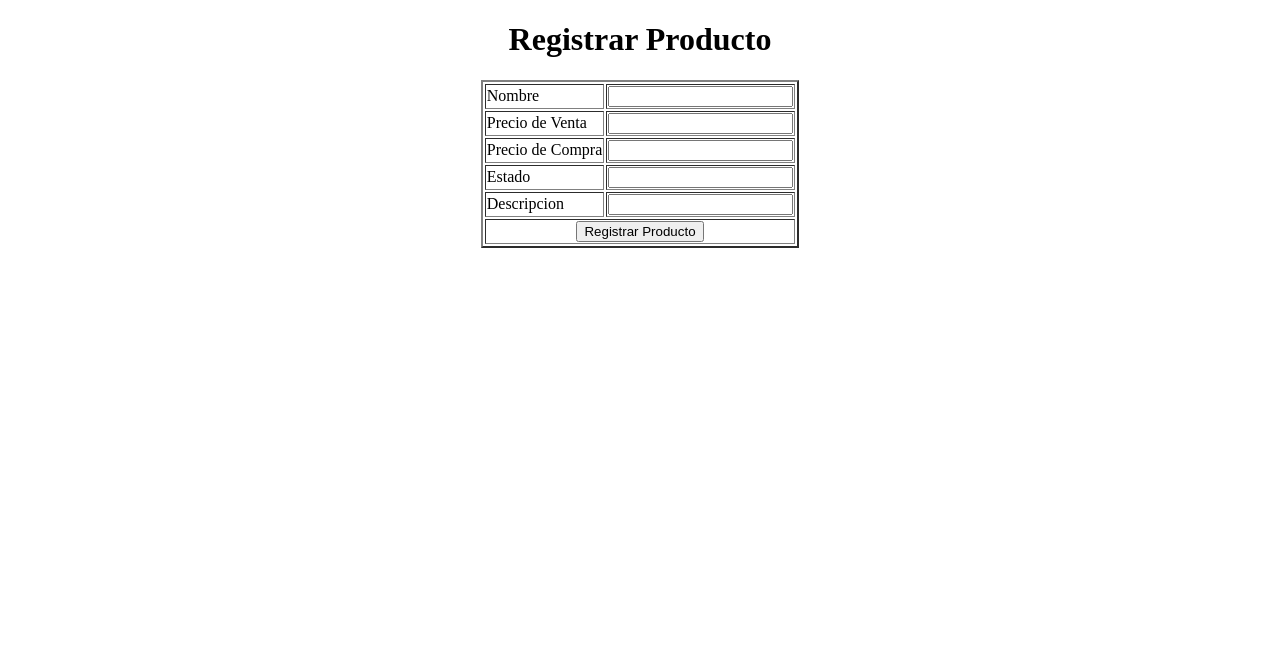
Repository: ErickCis/LPII_CL2_CISNEROSBAUTISTA
Page: http://localhost/LPII_CL2_CISNEROSBAUTISTA/RegistrarProducto.jsp
The author's editor kept a copy of each file at every save. The page is drawn from the files as they stood at one save, then again after the next save.
The browser window is 1280 px wide. The pictures show the whole page.
Some web libraries are served in a nearby version. The page is served by Tomcat 9.

Above is the page before, as saved 2024-06-23 10:46:15.

After the next save:
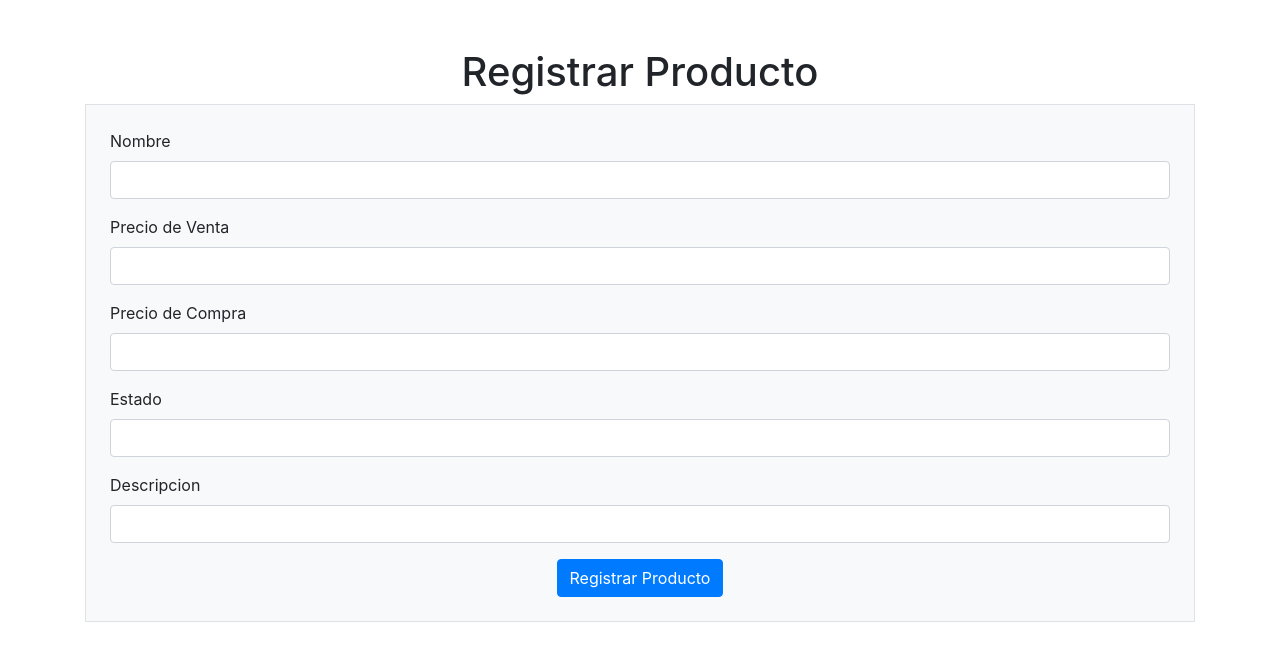
Saved 43 s later.
--- a/LPII_CL2_CISNEROSBAUTISTA/src/main/webapp/RegistrarProducto.jsp
+++ b/LPII_CL2_CISNEROSBAUTISTA/src/main/webapp/RegistrarProducto.jsp
@@ -4,45 +4,42 @@
 <html>
 <head>
 <meta http-equiv="Content-Type" content="text/html; charset=ISO-8859-1">
-<title>Insert title here</title>
+<title>Registrar Producto</title>
+<!-- Bootstrap CSS -->
+<link href="https://stackpath.bootstrapcdn.com/bootstrap/4.5.2/css/bootstrap.min.css" rel="stylesheet">
 </head>
 <body>
-<h1 align="center">Registrar Producto</h1>
-<form action="ControladorProducto" method="post">
-
-<table align="center" border="2">
-<tr>
-<td>Nombre</td>
-<td><input type="text" name="nombre"></td>
-</tr>
-
-<tr>
-<td>Precio de Venta</td>
-<td><input type="text" name="precioventa"></td>
-</tr>
-
-<tr>
-<td>Precio de Compra</td>
-<td><input type="text" name="preciocompra"></td>
-</tr>
-
-<tr>
-<td>Estado</td>
-<td><input type="text" name="estado"></td>
-</tr>
-
-<tr>
-<td>Descripcion</td>
-<td><input type="text" name="descrip"></td>
-</tr>
-
-<tr>
-<td colspan="2"  align="center" >
-<input type="submit" value="Registrar Producto">
-</td>
-</tr>
-</table>
-
-</form>
+<div class="container">
+    <h1 class="text-center mt-5">Registrar Producto</h1>
+    <form action="ControladorProducto" method="post" class="border p-4 bg-light">
+        <div class="form-group">
+            <label for="nombre">Nombre</label>
+            <input type="text" name="nombre" id="nombre" class="form-control">
+        </div>
+        <div class="form-group">
+            <label for="precioventa">Precio de Venta</label>
+            <input type="text" name="precioventa" id="precioventa" class="form-control">
+        </div>
+        <div class="form-group">
+            <label for="preciocompra">Precio de Compra</label>
+            <input type="text" name="preciocompra" id="preciocompra" class="form-control">
+        </div>
+        <div class="form-group">
+            <label for="estado">Estado</label>
+            <input type="text" name="estado" id="estado" class="form-control">
+        </div>
+        <div class="form-group">
+            <label for="descrip">Descripcion</label>
+            <input type="text" name="descrip" id="descrip" class="form-control">
+        </div>
+        <div class="text-center">
+            <button type="submit" class="btn btn-primary">Registrar Producto</button>
+        </div>
+    </form>
+</div>
+<!-- Bootstrap JS and dependencies -->
+<script src="https://code.jquery.com/jquery-3.5.1.slim.min.js"></script>
+<script src="https://cdn.jsdelivr.net/npm/@popperjs/core@2.5.4/dist/umd/popper.min.js"></script>
+<script src="https://stackpath.bootstrapcdn.com/bootstrap/4.5.2/js/bootstrap.min.js"></script>
 </body>
 </html>
